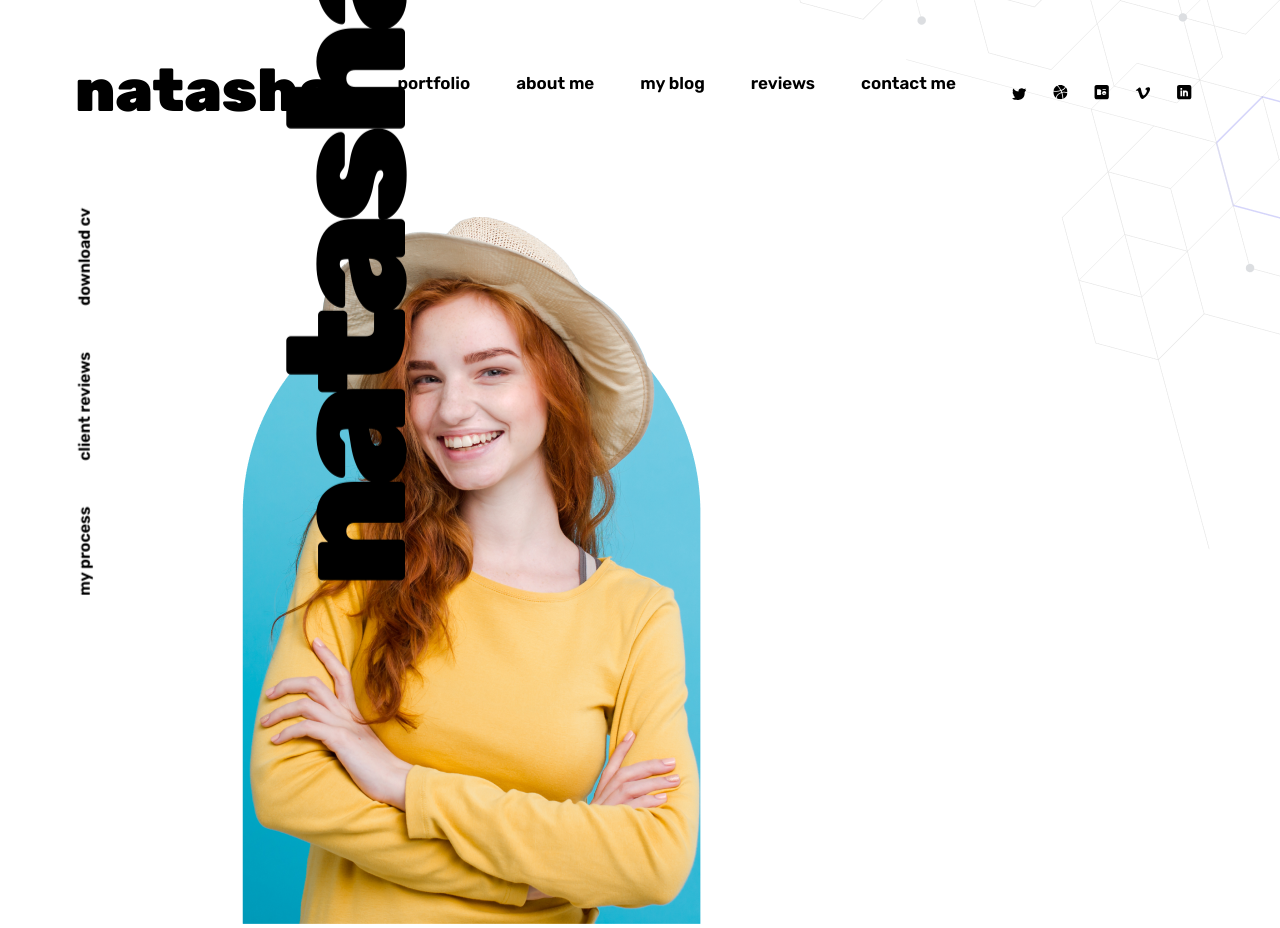
Repository: BuduCE/landing-page
Page: natasha-lp/index.html
The author's editor kept a copy of each file at every save. The page is drawn from the files as they stood at one save, then again after the next save.
The browser window is 1280 px wide. The pictures show the whole page.

Above is the page before, as saved 2022-03-04 22:18:50.

### natasha-lp/index.html
<!DOCTYPE html>
<html lang="en">

<head>
    <meta charset="UTF-8">
    <meta http-equiv="X-UA-Compatible" content="IE=edge">
    <meta name="viewport" content="width=device-width, initial-scale=1.0">
    <title>Natasha</title>

    <!--CSS-->
    <link rel="stylesheet" href="./assets/css/style.css">

    <!--Google Font-->
    <link rel="preconnect" href="https://fonts.googleapis.com">
    <link rel="preconnect" href="https://fonts.gstatic.com" crossorigin>
    <link href="https://fonts.googleapis.com/css2?family=Rubik:ital,wght@0,600;0,900;1,400&display=swap" rel="stylesheet">
</head>

<body>
    <!--Navbar menu-->
    <header>
        <div class="logo">
            <h1>natasha.</h1>
        </div>

        <nav class='nav_text'>
            <li><a href="#">portfolio</a></li>
            <li><a href="#">about me</a></li>
            <li><a href="#">my blog</a></li>
            <li><a href="#">reviews</a></li>
            <li><a href="#">contact me</a></li>
        </nav>

        <nav class='nav_icon'>
            <li><a href="">
                <svg width="15" height="12" viewBox="0 0 15 12" fill="none"
                        xmlns="http://www.w3.org/2000/svg">
                        <path
                            d="M5.32379 11.9894C4.70669 11.9894 4.07153 11.9394 3.43255 11.8393C2.30713 11.6627 1.16788 11.074 0.845509 10.8977L0 10.4354L0.915405 10.1344C1.91606 9.80538 2.52477 9.60125 3.27828 9.28159C2.52379 8.91621 1.9423 8.25895 1.66238 7.4093L1.44943 6.76281L1.62406 6.78948C1.45846 6.62258 1.32771 6.45317 1.22635 6.29911C0.865868 5.75159 0.675013 5.08256 0.715623 4.50923L0.755688 3.94494L1.09352 4.07581C0.951007 3.80667 0.848013 3.51925 0.787479 3.21799C0.639956 2.48331 0.763418 1.7028 1.13522 1.02027L1.4295 0.480042L1.82308 0.952771C3.06783 2.44804 4.64442 3.33503 6.51562 3.5947C6.43919 3.06786 6.49646 2.55942 6.68601 2.10367C6.90669 1.57302 7.29929 1.12305 7.82101 0.802307C8.40043 0.446182 9.1031 0.273618 9.79956 0.316405C10.5385 0.361805 11.2094 0.638671 11.7422 1.11761C12.0024 1.04999 12.1941 0.977812 12.4532 0.880261C12.6091 0.821578 12.7859 0.754948 13.0072 0.678736L13.8224 0.397842L13.2908 1.91619C13.3259 1.91325 13.362 1.91075 13.3998 1.90912L14.2703 1.8697L13.7558 2.57292C13.7263 2.6132 13.7188 2.62463 13.7083 2.64042C13.6668 2.70291 13.6152 2.78065 12.909 3.72371C12.7322 3.95986 12.6439 4.26742 12.6603 4.58991C12.7229 5.81539 12.5726 6.92416 12.2132 7.88529C11.8733 8.7946 11.3465 9.57479 10.6478 10.2042C9.78312 10.9829 8.68056 11.516 7.3706 11.7886C6.72803 11.9223 6.03799 11.9894 5.32379 11.9894Z"
                            fill="black" />
                    </svg>
                </a></li>
            <li><a href="">
                <svg width="15" height="15" viewBox="0 0 15 15" fill="none" xmlns="http://www.w3.org/2000/svg">
                <g clip-path="url(#clip0_1_411)">
                <path d="M11.2078 3.20502C11.6444 2.71846 11.8989 2.20904 11.9882 1.68612C10.7537 0.65237 9.16565 0 7.43325 0C6.53875 0 5.68572 0.173109 4.89661 0.475995C6.218 1.7999 7.32307 3.36746 8.18742 5.05957C9.46102 4.59904 10.5225 3.96898 11.2078 3.20502Z" fill="black"/>
                <path d="M11.83 3.76354C11.063 4.61842 9.92291 5.31369 8.56079 5.81897C8.73009 6.19023 8.88567 6.56921 9.0321 6.9531C9.73162 6.80264 10.4566 6.71706 11.196 6.71706C12.3599 6.71706 13.4907 6.91456 14.5334 7.27754C14.5344 7.22975 14.5406 7.18326 14.5406 7.13514C14.5406 5.29463 13.8314 3.6207 12.6795 2.35712C12.5095 2.84683 12.2274 3.32076 11.83 3.76354Z" fill="black"/>
                <path d="M0.433258 5.63324C1.32199 5.79034 2.30664 5.88092 3.25254 5.88092C4.71885 5.88092 6.12734 5.67276 7.38266 5.31522C6.51766 3.65326 5.40562 2.1237 4.07834 0.844543C2.27202 1.81602 0.878333 3.57389 0.433258 5.63324Z" fill="black"/>
                <path d="M14.4613 8.13842C13.4527 7.75878 12.3426 7.55322 11.196 7.55322C10.5532 7.55322 9.92193 7.62062 9.31311 7.74364C9.93119 9.59722 10.2888 11.6007 10.3499 13.6372C12.5243 12.6535 14.1138 10.5815 14.4613 8.13842Z" fill="black"/>
                <path d="M0.270294 7.13516C0.270294 9.33397 1.33018 11.3302 2.9034 12.6348C3.07009 11.5259 3.57003 10.435 4.3843 9.522C5.35284 8.43609 6.69688 7.62292 8.21893 7.15879C8.07729 6.79341 7.92258 6.43522 7.75927 6.08203C6.39922 6.48541 4.86737 6.71709 3.25256 6.71709C2.26464 6.71709 1.23655 6.6227 0.304589 6.45895C0.283468 6.68182 0.270294 6.90697 0.270294 7.13516V7.13516Z" fill="black"/>
                <path d="M5.00854 10.0784C4.18601 11.0008 3.74039 12.0826 3.68323 13.1893C4.77338 13.87 6.05602 14.2703 7.43327 14.2703C8.15738 14.2703 8.85603 14.1601 9.51482 13.9579C9.48281 11.8762 9.13333 9.82941 8.49794 7.94547C7.10708 8.36256 5.88367 9.09713 5.00854 10.0784Z" fill="black"/>
                </g>
                <defs>
                <clipPath id="clip0_1_411">
                <rect width="14.2703" height="14.2703" fill="white" transform="translate(0.270264)"/>
                </clipPath>
                </defs>
                </svg>
                </a></li>
            <li><a href="">
                <svg width="15" height="15" viewBox="0 0 15 15" fill="none" xmlns="http://www.w3.org/2000/svg">
                <path d="M12.6926 0H2.6309C1.47836 0 0.540527 0.937837 0.540527 2.09037V12.1799C0.540527 13.3324 1.47836 14.2703 2.6309 14.2703H12.6926C13.8451 14.2703 14.8108 13.3324 14.8108 12.1799V2.09037C14.8108 0.937837 13.8451 0 12.6926 0ZM8.51181 4.20861H11.8564V5.04476H8.51181V4.20861ZM7.25759 8.38936C7.25759 9.31163 6.50756 10.0617 5.58529 10.0617H3.07684V4.20861H5.58529C6.50756 4.20861 7.25759 4.95864 7.25759 5.88091C7.25759 6.38282 7.03091 6.82844 6.6798 7.13514C7.03091 7.44183 7.25759 7.88745 7.25759 8.38936ZM12.2745 8.38936H9.00131C9.17398 8.87602 9.63909 9.22551 10.1841 9.22551C10.6304 9.22551 11.0468 8.98501 11.2709 8.59796L11.9943 9.0169C11.6217 9.66111 10.9279 10.0617 10.1841 10.0617C9.03157 10.0617 8.09374 9.12382 8.09374 7.97128C8.09374 6.81875 9.03157 5.88091 10.1841 5.88091C11.3366 5.88091 12.2745 6.81875 12.2745 7.97128V8.38936Z" fill="black"/>
                </svg></a></li>
            <li><a href="">
                <svg width="16" height="13" viewBox="0 0 16 13" fill="none" xmlns="http://www.w3.org/2000/svg">
                    <path d="M0.810791 3.15084L1.0048 3.873L1.0195 3.86318C1.41515 3.6005 1.72805 3.39302 2.0796 3.39302C2.39371 3.39302 2.69431 3.5621 2.91815 3.89514C4.13612 5.70587 5.07809 12.0026 7.35725 12.0026C9.60669 12.0026 15.256 5.13731 15.0769 2.03947C14.9879 0.500584 13.8877 0.27063 13.2396 0.27063C11.9917 0.27063 10.7478 1.04274 10.12 2.51945C11.1915 2.34731 11.9507 2.94903 11.8691 4.05103C11.7748 5.30269 9.6792 8.53689 8.70402 8.53689C7.03695 8.53689 6.25698 2.90496 5.69922 1.19536C5.55953 0.76861 5.15561 0.503421 4.64434 0.503421C4.28136 0.503421 3.90563 0.642942 3.58587 0.896678C2.84912 1.48095 2.098 2.08201 1.36899 2.6881L0.810791 3.15084Z" fill="black"/>
                    </svg>
            </a></li>
            <li><a href="">
                <svg width="15" height="15" viewBox="0 0 15 15" fill="none" xmlns="http://www.w3.org/2000/svg">
                    <path d="M12.261 0H2.17143C1.01889 0 0.0810547 0.937837 0.0810547 2.09037V12.1799C0.0810547 13.3324 1.01889 14.2703 2.17143 14.2703H12.261C13.4135 14.2703 14.3513 13.3324 14.3513 12.1799V2.09037C14.3513 0.937837 13.4135 0 12.261 0ZM5.12582 11.3159H3.45352V5.46284H5.12582V11.3159ZM5.12582 4.62669H3.45352V2.95439H5.12582V4.62669ZM10.9789 11.3159H9.30656V7.97128C9.30656 7.51031 8.93138 7.13514 8.47041 7.13514C8.00944 7.13514 7.63426 7.51031 7.63426 7.97128V11.3159H5.96197V5.46284H7.63426V5.77803C8.07237 5.64183 8.35697 5.46284 8.88849 5.46284C10.0226 5.46404 10.9789 6.48146 10.9789 7.68386V11.3159Z" fill="black"/>
                    </svg>
            </a></li>
        </nav>
    </header>

    <nav class="side_nav">
        <li><a href="">my process</a></li>
        <li><a href="">client reviews</a></li>
        <li><a href="">download cv</a></li>
    </nav>

    <main class="container">
        <section>
            <div class="natasha_img">
                <h1>natasha</h1>
                <img src="/natasha-lp/assets/images/natasha.png" alt="">
            </div>
            <div></div>
        </section>
    </main>
</body>

</html>

### natasha-lp/assets/css/style.css
/*Reset*/
* {
    margin: 0;
    padding: 0;
    box-sizing: border-box;
}

body {
    font-family: 'Rubik', sans-serif;
    background: url(/natasha-lp/assets/images/bg.png);
    background-repeat: no-repeat;
    background-position: top right;
    position: relative;
}

a {
    text-decoration: none;
}

li {
    list-style: none;
}

header {
    display: flex;
    justify-content: space-between;
    padding: 4.5rem 4.688rem;
    padding-bottom: 5.875px;
}

.logo {
    font-weight: 900;
    font-size: 1.875rem;
    line-height: 2.375rem;
}

.nav_text,.nav_icon {
    display: flex;
}

.nav_text li {
    padding: 0 1.438rem;
    padding-bottom: 0.438rem;
}

.nav_text li:hover {
    border-bottom: 0.125rem solid #000000;
}

.nav_text li a {
    color: black;
    font-weight: 400;
    font-size: 1.063rem;
    line-height: 1.375rem;
}

.nav_icon li {
    padding: 0.813rem;
}

.container {
    margin-top: 5.875rem;
}

.side_nav {
    position: fixed;
    bottom: 6.313rem;
    left: 0;
    display: flex;
    writing-mode: vertical-rl;
    transform: rotate(180deg);
}

.side_nav li {
    padding: 1.438rem 4.65rem;
}

.side_nav li a {
    color: #000000;
}

.container section {
    margin-left: 15.111rem;
}

.natasha_img {
    position: relative;
}

.natasha_img h1 {
    position: fixed;
    left: 15.138rem;
    bottom: 8.25rem;
    writing-mode: vertical-rl;
    transform: rotate(180deg);
    font-weight: 900;
    font-size: 10.452rem;
    line-height: 13.25rem;
    letter-spacing: -0.7rem;
}

After the next save:
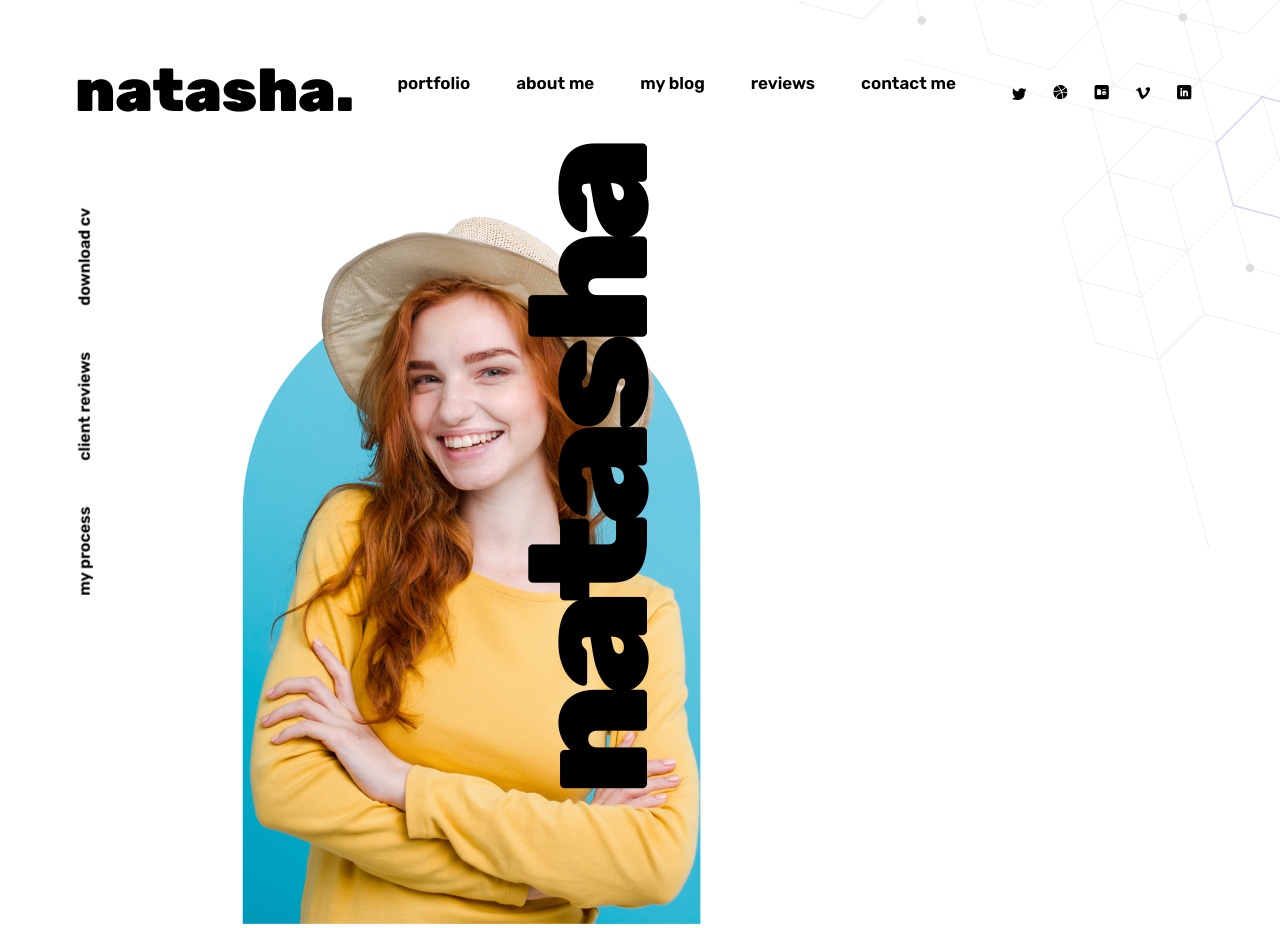
Saved 8 s later.
--- a/natasha-lp/assets/css/style.css
+++ b/natasha-lp/assets/css/style.css
@@ -88,7 +88,7 @@ header {
 }
 
 .natasha_img h1 {
-    position: fixed;
+    position: absolute;
     left: 15.138rem;
     bottom: 8.25rem;
     writing-mode: vertical-rl;
